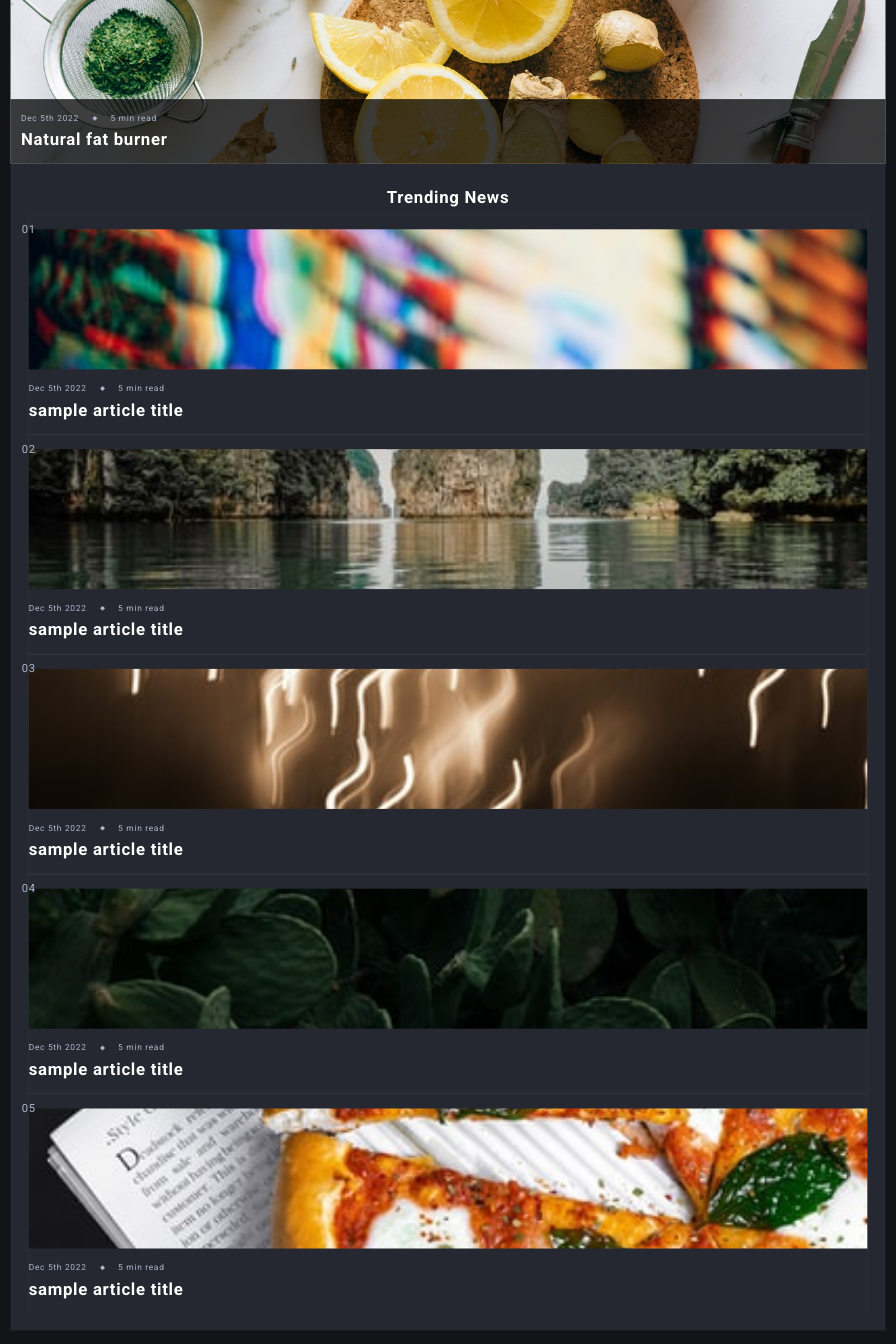
Repository: Junichi-Machii/news-blog-test
Page: index.html
These files come from the project's save history. The page is drawn as it stood at one moment and after a run of saves; the edit follows.
The browser window is 1280 px wide. The pictures show the part of the page from y = 852 to 2772 px (the page is 2772 px tall), at 70% of full size.
The style sheet was rebuilt from its Sass, Less or Tailwind sources for each picture, by a compiler version that may differ from the author's.

Above is the page before, as saved 2023-05-12 11:19:38.

### index.html
<html lang="ja">
  <head>
    <meta charset="UTF-8" />
    <meta http-equiv="X-UA-Compatible" content="IE=edge" />
    <meta name="viewport" content="width=device-width, initial-scale=1.0" />
    <title>NewsFlash | Home</title>
    <!-- Favicon -->
    <link
      rel="icon"
      type="image/png"
      sizes="32x32"
      href="./assets/images/favicon.png"
    />
    <!-- Remix icons -->
    <link
      href="https://cdn.jsdelivr.net/npm/remixicon@2.5.0/fonts/remixicon.css"
      rel="stylesheet"
    />
    <!-- Swiper.js styles -->
    <link rel="stylesheet" href="./css/swiper-bundle.min.css" />
    <!-- Custom styles -->
    <link rel="stylesheet" href="./css/style.css" />
  </head>
  <body>
    <!-- Header -->
    <header class="header" id="header">
      <nav class="header__navbar container">
        <a href="./index.html">
          <h2 class="header__logo">News Blog</h2>
        </a>
        <div class="header__menu" id="menu">
          <ul class="list">
            <li class="header__menuItem">
              <a href="#" class="header__menuLink current">Home</a>
            </li>
            <li class="header__menuItem">
              <a href="#" class="header__menuLink">Category</a>
            </li>
            <li class="header__menuItem">
              <a href="#" class="header__menuLink">Reviews</a>
            </li>
            <li class="header__menuItem">
              <a href="#" class="header__menuLink">News</a>
            </li>
            <li class="header__menuItem">
              <a href="#" class="header__menuLink">Membership</a>
            </li>
            <li class="header__menuItem">
              <a href="#" class="header__menuLink">Contact</a>
            </li>
            <li class="header__menuItem screen-lg-hidden">
              <a href="#" class="header__menuLink">Sign In</a>
            </li>
            <li class="header__menuItem screen-lg-hidden">
              <a href="#" class="header__menuLink">Sign Up</a>
            </li>
          </ul>
        </div>

        <div class="list list__right">
          <button class="btn place__items-center" id="theme-toggle-btn">
            <i class="ri-sun-line sun-icon"></i>
            <i class="ri-moon-line moon-icon"></i>
          </button>

          <button class="btn place__items-center" id="search-icon">
            <i class="ri-search-line"></i>
          </button>

          <button
            class="btn place__items-center screen-lg-hidden menu-toggle-icon"
            id="menu-toggle-icon"
          >
            <i class="ri-menu-3-line open-menu-icon"></i>
            <i class="ri-close-line close-menu-icon"></i>
          </button>

          <a href="#" class="list-link screen-sm-hidden">Sign in</a>
          <a
            href="#"
            class="list-link screen-sm-hidden btn sign-up-btn fancy-boder"
          >
            <span>Sign in</span>
          </a>
        </div>
      </nav>
    </header>
    <!-- Search -->
    <div class="search-form-container container" id="search-form-container">
      <div class="form-container-inner">
        <form action="" class="form">
          <input
            type="text"
            placeholder="What are looking for?"
            class="form-input"
          />
          <button class="btn form-btn" type="submit">
            <i class="ri-search-line"></i>
          </button>
        </form>
        <span class="form-note">Or press ESC close.</span>
      </div>

      <button class="btn form-close-btn place-items-center" id="form-close-btn">
        <i class="ri-close-line"></i>
      </button>
    </div>
    <!-- Featured articles -->
    <section class="featured-articles section-header-offset">
      <div class="featured-articles-container container d-gird">
        <div class="featured-content d-grid">
          <div class="headline-banner">
            <h3 class="headline fancy-border">
              <span class="place-items-center">Breaking news</span>
            </h3>
            <span class="headline-description"
              >Apple announces a new partnership...</span
            >
          </div>

          <a
            href="./post.html"
            class="article featured-article featured-article-1"
          >
            <img
              src="./assets/images/featured/featured-1.jpg"
              class="article-image"
              alt=""
            />
            <span class="article-category">Technology</span>

            <div class="article-data-container">
              <div class="article-data">
                <span>Dec 5th 2023</span>
                <span class="article-data-spacer"></span>
                <span>8 min read</span>
              </div>
              <h3 class="title article-title">Is VR the future?</h3>
            </div>
          </a>

          <a
            href="./post.html"
            class="article featured-article featured-article-2"
          >
            <img
              src="./assets/images/featured/featured-2.jpg"
              class="article-image"
              alt=""
            />
            <span class="article-category">Technology</span>

            <div class="article-data-container">
              <div class="article-data">
                <span>Dec 6th 2022</span>
                <span class="article-data-spacer"></span>
                <span>4 Min read</span>
              </div>

              <h3 class="title article-title">Fine dining</h3>
            </div>
          </a>

          <a
            href="./post.html"
            class="article featured-article featured-article-3"
          >
            <img
              src="./assets/images/featured/featured-3.jpg"
              class="article-image"
              alt=""
            />
            <span class="article-category">Technology</span>

            <div class="article-data-container">
              <div class="article-data">
                <span>Dec 5th 2022</span>
                <span class="article-data-spacer"></span>
                <span>5 min read</span>
              </div>

              <h3 class="title article-title">Natural fat burner</h3>
            </div>
          </a>
        </div>

        <!-- sidebar -->

        <div class="sidebar d-grid">

            <h3 class="title featured-content-title">Trending News</h3>

            <a href="#" class="trending-news__box">
                <div class="trending-news__image-box">
                    <span class="trending-number place-items-center">01</span>
                    <img src="./assets/images/trending/trending_1.jpg" alt="" class="article-image">
                </div>

                <div class="trending-news__data">
                   <div class="article-data">
                        <span>Dec 5th 2022</span>
                        <span class="article-data-spacer"></span>
                        <span>5 min read</span>
                   </div>

                   <h3 class="title article-title">sample article title</h3>
                </div>
            </a>

            <a href="#" class="trending-news__box">
                <div class="trending-news__image-box">
                    <span class="trending-number place-items-center">02</span>
                    <img src="./assets/images/trending/trending_2.jpg" alt="" class="article-image">
                </div>

                <div class="trending-news__data">
                   <div class="article-data">
                        <span>Dec 5th 2022</span>
                        <span class="article-data-spacer"></span>
                        <span>5 min read</span>
                   </div>

                   <h3 class="title article-title">sample article title</h3>
                </div>
            </a>

            <a href="#" class="trending-news__box">
                <div class="trending-news__image-box">
                    <span class="trending-number place-items-center">03</span>
                    <img src="./assets/images/trending/trending_3.jpg" alt="" class="article-image">
                </div>

                <div class="trending-news__data">
                   <div class="article-data">
                        <span>Dec 5th 2022</span>
                        <span class="article-data-spacer"></span>
                        <span>5 min read</span>
                   </div>

                   <h3 class="title article-title">sample article title</h3>
                </div>
            </a>

            <a href="#" class="trending-news__box">
                <div class="trending-news__image-box">
                    <span class="trending-number place-items-center">04</span>
                    <img src="./assets/images/trending/trending_4.jpg" alt="" class="article-image">
                </div>

                <div class="trending-news__data">
                   <div class="article-data">
                        <span>Dec 5th 2022</span>
                        <span class="article-data-spacer"></span>
                        <span>5 min read</span>
                   </div>

                   <h3 class="title article-title">sample article title</h3>
                </div>
            </a>

            <a href="#" class="trending-news__box">
                <div class="trending-news__image-box">
                    <span class="trending-number place-items-center">05</span>
                    <img src="./assets/images/trending/trending_5.jpg" alt="" class="article-image">
                </div>

                <div class="trending-news__data">
                   <div class="article-data">
                        <span>Dec 5th 2022</span>
                        <span class="article-data-spacer"></span>
                        <span>5 min read</span>
                   </div>

                   <h3 class="title article-title">sample article title</h3>
                </div>
            </a>
        </div>
      </div>
    </section>
    <!-- Quick read -->

    <!-- Older posts -->

    <!-- Popular tags -->

    <!-- Newsletter -->

    <!-- Footer -->

    <!-- Swiper.js -->
    <script src="./js/swiper-bundle.min.js"></script>
    <!-- Custom script -->
    <script src="./js/main.js"></script>
  </body>
</html>

### js/main.js
// Grab elements
const selectElement = (selector) => {
  const element = document.querySelector(selector);
  if(element) return element;
  throw new Error(`Something went wrong! Make sure that ${selector} exists/is typed correctly.`);
};
//Nav styles on scroll
const scrollHeader = () => {
  const headerElement = selectElement('#header');
  if(this.scrollY >= 15) {
    headerElement.classList.add('activated');
  }else {
    headerElement.classList.remove('activated');
  }
};

window.addEventListener('scroll', scrollHeader)
// Open menu & search pop-up
const menuToggleIcon = selectElement('#menu-toggle-icon');

const toggleMenu = () =>{
  const mobileMenu = selectElement('#menu');
  mobileMenu.classList.toggle('activated');
  menuToggleIcon.classList.toggle('activated');
}

menuToggleIcon.addEventListener('click', toggleMenu);
// Open/Close search form popup
const formOpenBtn = selectElement('#search-icon');
const formCloseBtn = selectElement('#form-close-btn');
const searchFormContainer = selectElement('#search-form-container');

formOpenBtn.addEventListener('click', () => searchFormContainer.classList.add('activated'));

formCloseBtn.addEventListener('click', () => searchFormContainer.classList.remove('activated'));

// -- Close the search form popup on ESC keypress
window.addEventListener('keyup', event => {
  if(event.key === 'Escape') searchFormContainer.classList.remove('activated');
});
// Switch theme/add to local storage
const bodyElement = document.body;
const themeToggleBtn = selectElement('#theme-toggle-btn');
const currentTheme = localStorage.getItem('currentTheme');

if(currentTheme){
  bodyElement.classList.add('light-theme');
}

themeToggleBtn.addEventListener('click', () => {
  bodyElement.classList.toggle('light-theme');

  if(bodyElement.classList.contains('light-theme')){
    localStorage.setItem('currentTheme', 'themeActive');
  }else {
    localStorage.removeItem('currentTheme');
  }
});
// Swiper

### style.scss
/* Import font */
@import url("https://fonts.googleapis.com/css2?family=Roboto:ital,wght@0,400;0,700;1,400;1,700&display=swap");

@import url("https://fonts.googleapis.com/css2?family=Poppins:wght@300;400;600;700&display=swap");

/* Custom properties */
:root {
  --light-color: #fff;
  --light-color-alt: #afb6cd;
  --primary-background-color: #131417;
  --secondary-background-color: #252830;
  --hover-light-color: var(--light-color);
  --hover-dark-color: var(--primary-background-color);
  --gradient-color: linear-gradient(
    115deg,
    #4fcf70,
    #fad648,
    #a767e5,
    #12bcfe,
    #44ce7b
  );
  --transparent-light-color: rgba(255, 255, 255, 0.05);
  --transparent-dark-color: rgba(0, 0, 0, 0.75);
  --font-family: "Roboto", sans-serif;
  --font-size-xsm: 1.2rem;
  --font-size-sm: 1.6rem;
  --font-size-md: 2.4rem;
  --font-size-lg: 3rem;
  --font-size-xl: 4rem;
  --gap: 2rem;
  --margin-sm: 2rem;
  --margin-md: 3rem;
  --item-min-height-sm: 20rem;
  --item-min-height-md: 30rem;
}

/* Base styles */
body {
  font-family: var(--font-family);
  font-size: var(--font-size-sm);
  color: var(--light-color-alt);
  background-color: var(--primary-background-color);
  letter-spacing: 1px;
  transition: background-color 0.25s, color 0.25s;
}

a {
  text-decoration: none;
  color: inherit;
}

img {
  max-width: 100%;
  display: block;
}

ul {
  list-style: none;
}

input,
button {
  font: inherit;
  color: inherit;
  border: none;
  background-color: transparent;
  outline: none;
}

i {
  font-size: var(--font-size-md);
}

* {
  margin: 0;
  padding: 0;
  box-sizing: border-box;
}

html {
  // font-size: 10px;
  font-size: 62.5%;
}
/* Theme color change */
body.light-theme {
  --light-color: #3d3d3d;
  --light-color-alt: rgba(0, 0, 0, 0.6);
  --primary-background-color: #fff;
  --hover-light-color: #fff;
  --secondary-background-color: #f1f1f1;
  --transparent-light-color: #252830;
  --transparent-dark-color: rgba(0, 0, 0, 0.1);
}
/* Reusable classes */
.container {
  max-width: 160rem;
  margin: 0 auto;
  padding: 0 1.5rem;
}

.place__items-center {
  display: inline-block;
  align-items: center;
  justify-content: center;
}

.screen-sm-hidden {
  display: none;
}

.btn {
  cursor: pointer;
  &:hover,
  &:hover span {
    color: var(--light-color);
  }
}

.d-grid {
  display: grid;
}

.section {
  padding-block: 5rem;
}

.title {
  color: var(--light-color);
}
/* Header */
.header {
  background-color: var(--secondary-background-color);
  position: fixed;
  top: 0;
  left: 0;
  width: 100%;
  z-index: 999;

  &__navbar {
    display: flex;
    align-items: center;
    justify-content: space-between;
    padding-block: 1.5rem;
  }

  &__logo {
    font-size: var(--font-size-md);
    color: var(--light-color);
  }

  &__menu {
    position: absolute;
    top: 8.5rem;
    right: 1.5rem;
    width: 23rem;
    padding: 1.5rem;
    background-color: var(--secondary-background-color);
    opacity: 0;
    transform: scale(0);
    transition: opacity 0.25s ease-in-out;

    & > .list {
      flex-direction: column;
    }
  }

  &__menuLink {
    &:hover {
      color: var(--light-color);
    }

    &.current {
      color: var(--light-color);
    }
  }
}

.list {
  display: flex;
  align-items: center;
  gap: var(--gap);
}

.close-menu-icon {
  display: none;
}

.moon-icon {
  display: none;
}

.light-theme {
  & .sun-icon {
    display: none;
  }

  & .moon-icon {
    display: block;
  }
}

/* Header JavaScript Styles */
.header.activated {
  box-shadow: 0 1px 0.5rem --transparent-light-color;
}
.header__menu.activated {
  box-shadow: 1px 1px 1rem --transparent-light-color;
  opacity: 1;
  transform: scale(1);
}

.menu-toggle-icon.activated .open-menu-icon {
  display: none;
}

.menu-toggle-icon.activated .close-menu-icon {
  display: block;
}
/* Search */
.search-form-container {
  width: 100%;
  max-width: 100%;
  height: 100vh;
  background-color: var(--primary-background-color);
  position: fixed;
  top: 0;
  left: 0;
  z-index: 9999;
  display: flex;
  opacity: 0;
  transform: scale(0);
  transition: opacity 0.5s;
}

.form-container-inner {
  margin: auto;
  display: flex;
  flex-direction: column;
  gap: var(--gap);
  text-align: center;
}

.form {
  display: flex;
  justify-content: center;
}

.form-input,
.form-btn {
  display: inline-block;
  border: 2px solid var(--secondary-background-color);
  padding: 1.5rem;
}

.form-input {
  border-right: none;
  width: 100%;
}

.form-btn {
  margin-left: -0.5rem;
  border-left: none;
  background-color: var(--secondary-background-color);
  width: 8rem;
}

.form-note {
  font-size: var(--font-size-xsm);
  align-self: flex-end;
}

.form-close-btn {
  position: absolute;
  top: 1.5rem;
  right: 1.5rem;
  border: 2px solid var(--secondary-background-color);
  width: 4rem;
  height: 4rem;
}
/* Form JavaScript styles */
.search-form-container.activated {
  opacity: 1;
  transform: scale(1);
}
/* Featured articles */
.featured-articles {
  padding-block: 2rem;
}

.section-header-offset {
  margin-top: 7.4rem;
}

.featured-articles-container,
.featured-content {
  gap: var(--gap);
}

.headline-banner {
  background-color: var(--secondary-background-color);
  display: flex;
  align-items: center;
  gap: var(--gap);
  font-size: var(--font-size-xsm);
}

.headline {
  color: var(--light-color);
  font-size: 1rem;
  text-transform: uppercase;
  text-align: center;
  padding: 0.4rem;
  height: 100%;

  & span {
    height: inherit;
  }
}

.fancy-border {
  position: relative;
  overflow: hidden;

  &::before {
    content: "";
    position: absolute;
    top: 0;
    left: 0;
    width: 200%;
    height: 100%;
    background: var(--gradient-color);
    background-size: 50% 100%;
    z-index: 5;
  }

  & span {
    position: relative;
    z-index: 10;
    display: inline-flex;
    padding: 0.6rem 1.5rem;
    background-color: var(--secondary-background-color);
  }
}

.article {
  position: relative;
  min-height: var(--item-min-height-md);

  &-image {
    position: absolute;
    width: 100%;
    height: 100%;
    object-fit: cover;
    transition: transform 0.25s;
  }

  &-category {
    position: absolute;
    top: 1rem;
    right: 1rem;
    padding: 1rem;
    font-size: 1rem;
    background-color: var(--primary-background-color);
    color: var(--light-color);
    text-transform: uppercase;
    z-index: 10;
  }

  &-data-container {
    position: absolute;
    bottom: 0;
    left: 0;
    padding: 2rem 1.5rem;
    background-color: var(--transparent-dark-color);
    z-index: 10;
    width: 100%;
    transition: background-color 0.5s;
  }

  &:hover &-data-container {
    background-color: var(--hover-dark-color);
    color: var(--hover-light-color);
  }
  &:hover &-data-spacer {
    background-color: var(--hover-light-color);
  }

  &-data {
    display: flex;
    align-items: center;
    gap: var(--gap);
    font-size: var(--font-size-xsm);
    margin-bottom: 1rem;
  }

  &-data-spacer {
    width: 0.5rem;
    height: 0.5rem;
    background-color: var(--light-color-alt);
    transform: rotate(45deg);
  }

  &-title {
    font-size: var(--font-size-md);
  }
}

/* Featured articles - Sidebar */
.sidebar {
  background-color: var(--secondary-background-color);
  padding: 2.5rem;
}

.trending-news {
  &__box {
    display: flex;
    flex-direction: column;
    gap: var(--gap);
    padding-block: 2rem;
    border: 1px solid var(--transparent-light-color);

    &:last-of-type {
      border-bottom: none;
    }
  }

  &__image-box {
    position: relative;
    width: 100%;
    height: var(--item-min-height-sm);
  }
}

.featured-content-title {
  font-size: var(--font-size-md);
  text-align: center;
  padding: 1rem;
}

.trending-number {
  position: absolute;
  top: -1rem;
  left: -1rem;
  z-index: 15;
  width: 3rem;

}
/* Quick read */

/* Quick read - Swiper */

/* Older posts */

/* Popular tags */

/* Newsletter */

/* Footer */

/* Scrollbar styles */

/* Blog post */

/* Media queries */

Loaded but not shown: css/swiper-bundle.min.css (library); js/swiper-bundle.min.js (library)

After the next 25 saves:
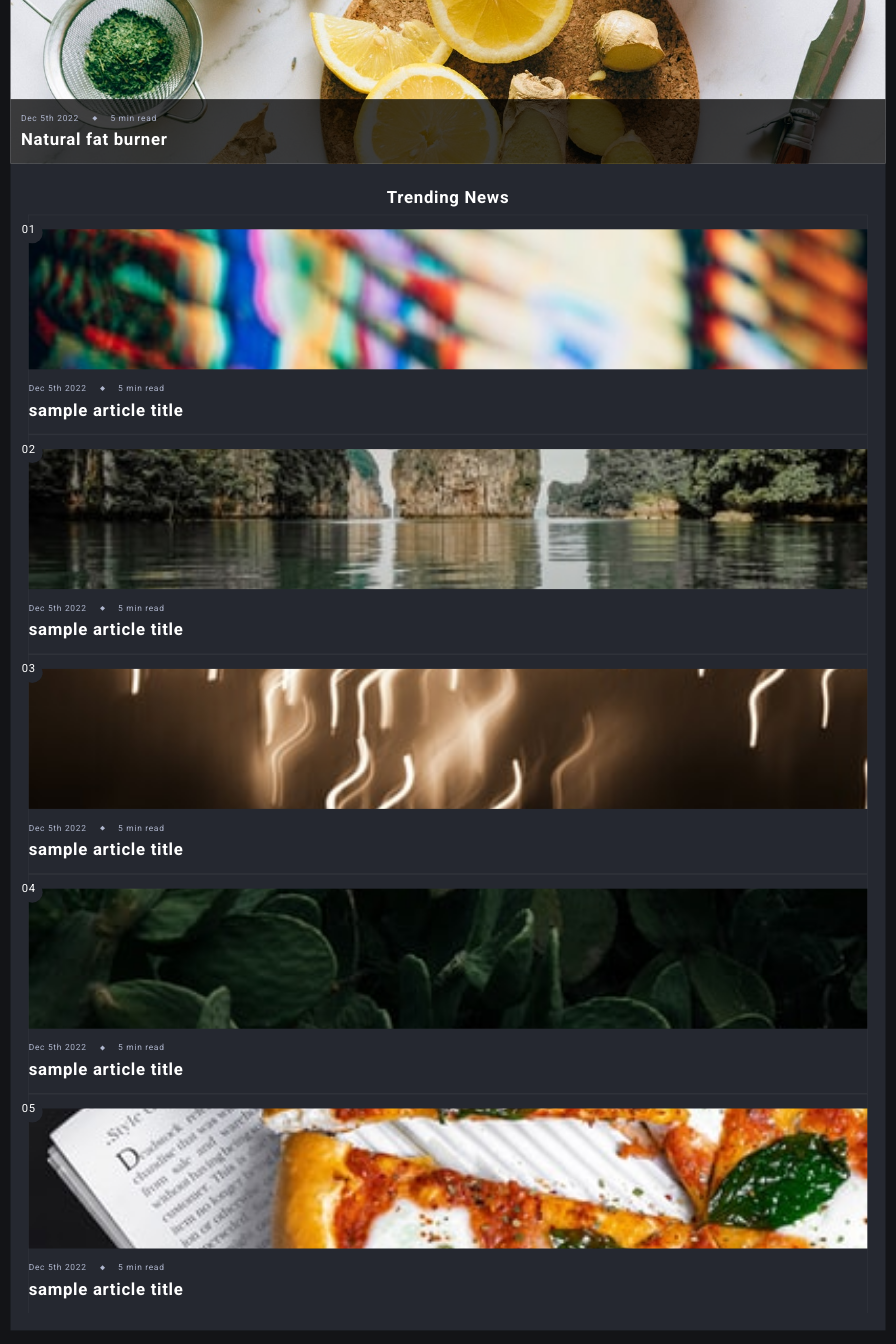
The 25 saves are shown as one change because they came seconds apart.
The last was saved 38 s later.
--- a/style.scss
+++ b/style.scss
@@ -443,7 +443,10 @@ body.light-theme {
   left: -1rem;
   z-index: 15;
   width: 3rem;
-
+  height: 3rem;
+  background-color: var(--secondary-background-color);
+  color: var(--light-color);
+  border-radius: 50%;
 }
 /* Quick read */
 
